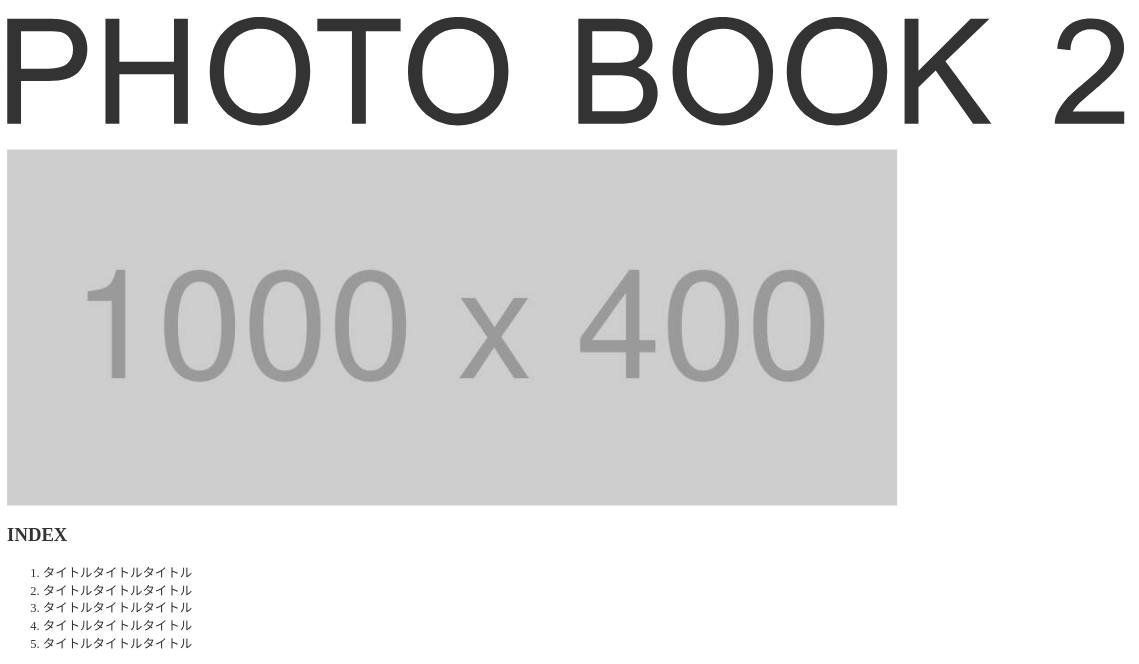
Repository: Fuki-san/photo-book-2
Page: http://localhost/photobook
These files come from the project's save history. The page is drawn as it stood at one moment and after a run of saves; the edit follows.
The browser window is 1280 px wide. The pictures show the whole page, at 89% of full size.
The page is served by the project's Laravel application, run on PHP 8.4 with Laravel 10.

Above is the page before, as saved 2023-11-29 19:45:19.

After the next 6 saves:
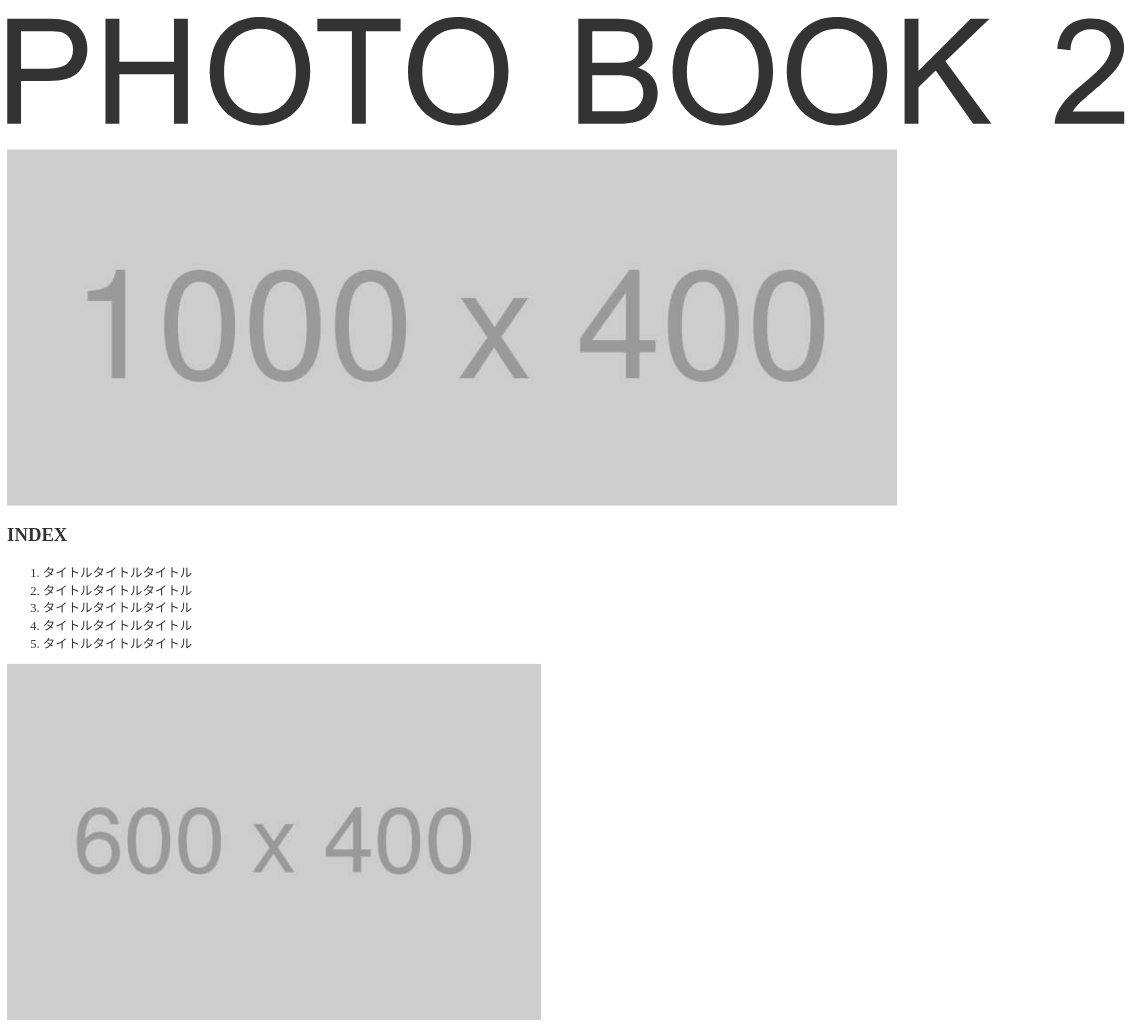
The 6 saves are shown as one change because they came seconds apart.
The last was saved 13 s later.
--- a/resources/views/photobook.blade.php
+++ b/resources/views/photobook.blade.php
@@ -29,7 +29,7 @@
 
             <section id="photo">
                 <div class="inner">
-
+                    <img src="img/photo1.jpg" alt="">
                 </div>
             </section>
         </main>
